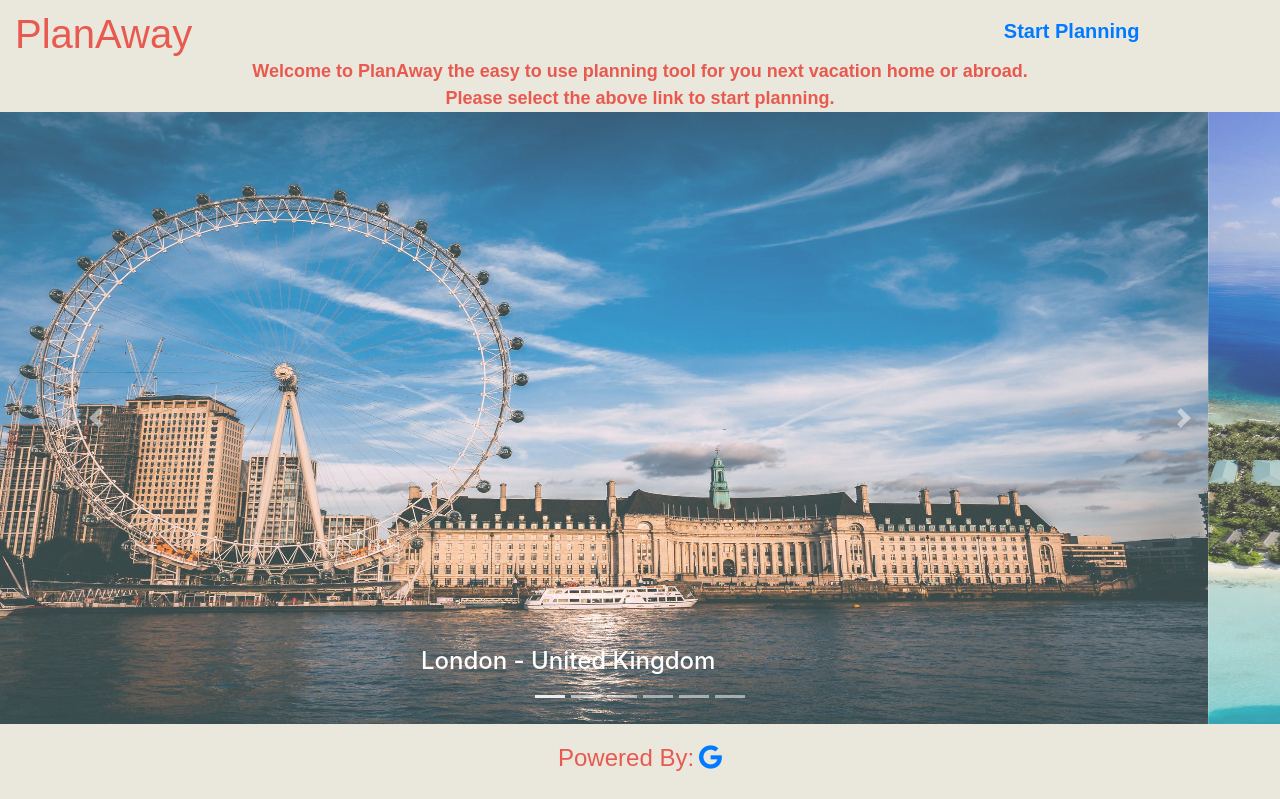
Repository: Brad000/PlanAway-Project
Page: index.html
The author's editor kept a record of every edit. The page is drawn from the files as they stood at one moment, then again after the next edit.
The browser window is 1280 px wide. The pictures show the whole page.
Some icons come from a web library that is not loaded, so they are not drawn. Some web fonts or font styles are not loaded; a fallback is used. Some web libraries are served in a nearby version.

Above is the page before.

After the next edit:
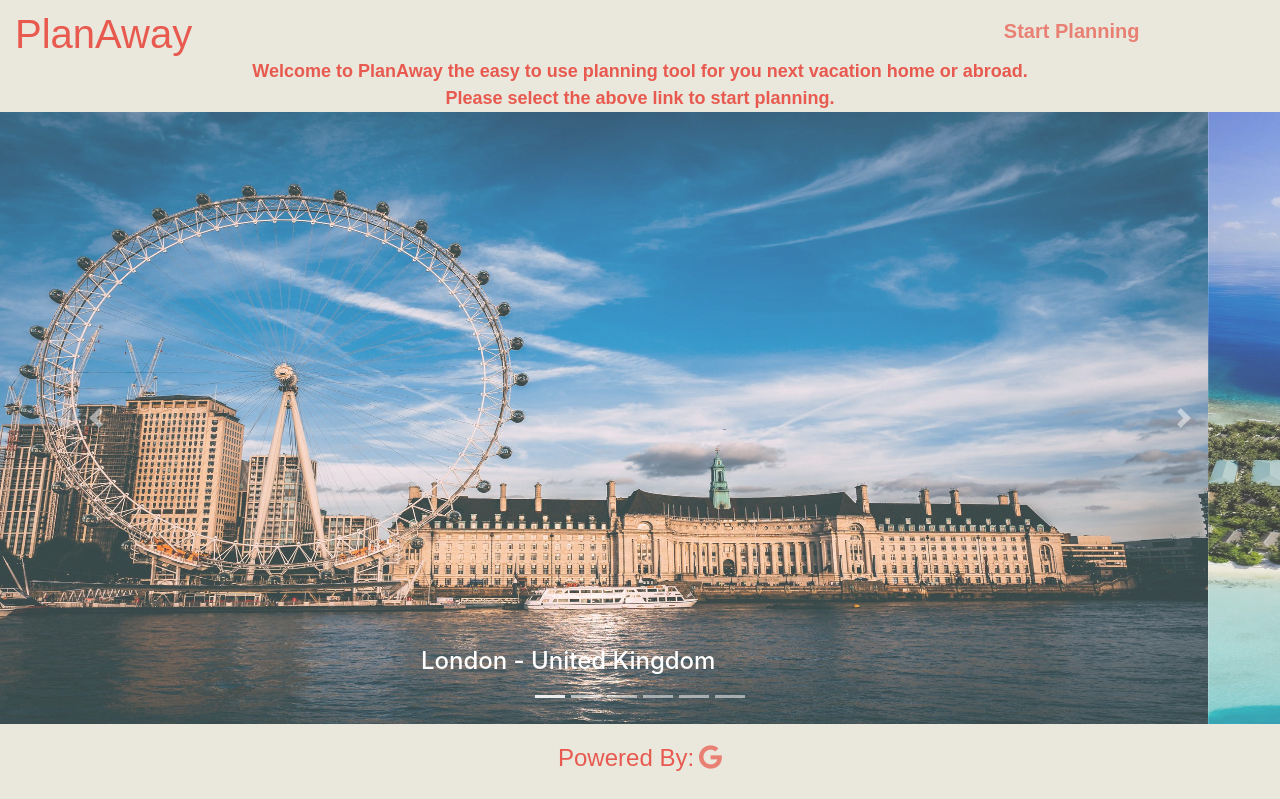
The edit:
--- a/assets/css/style.css
+++ b/assets/css/style.css
@@ -31,7 +31,7 @@
     font-weight: 600;
 }
 
-#a-links {
+.a-links {
     text-decoration: none;
     cursor: pointer;
     color: #e98074;
